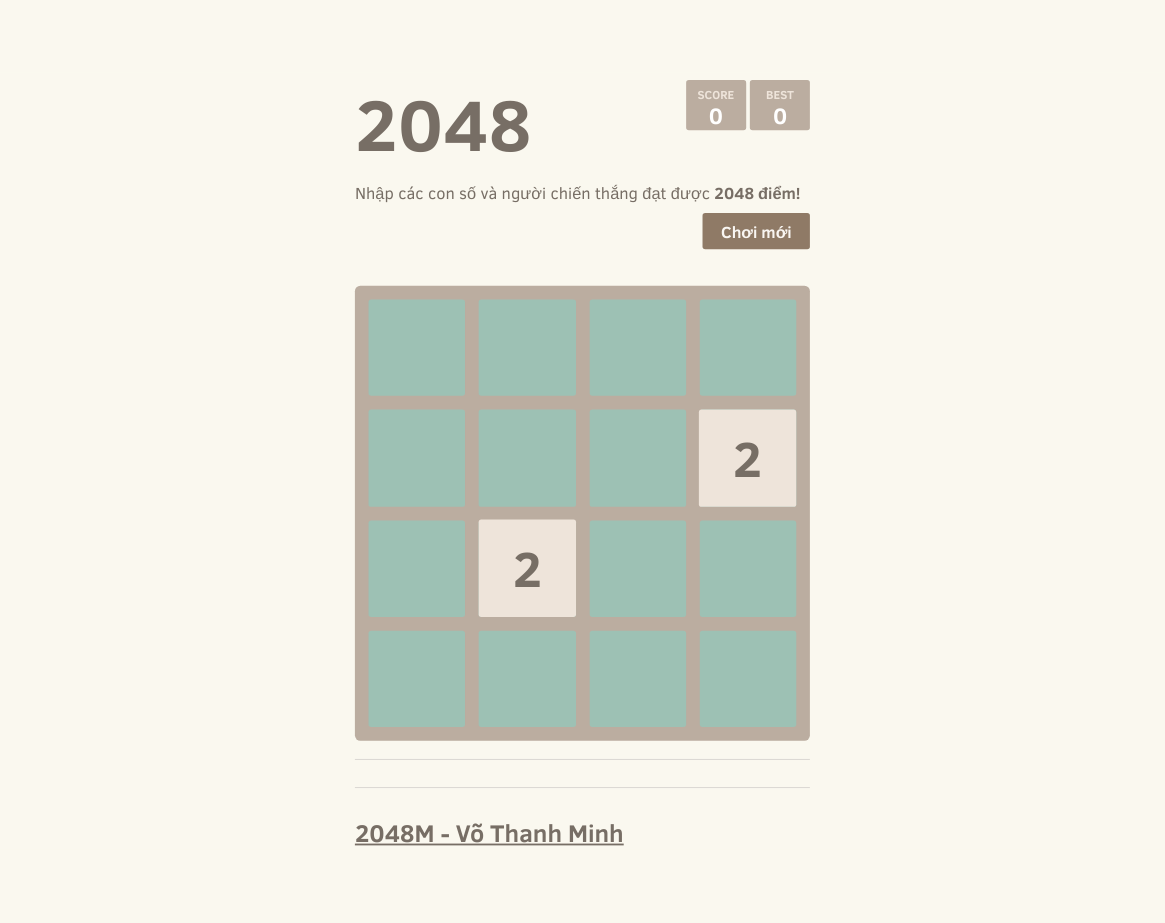
Repository: vtminhvt/w2048
Page: workspace/index.html
The author's editor kept a record of every edit. The page is drawn from the files as they stood at one moment, then again after the next edit.
The browser window is 1280 px wide. The pictures show the whole page, at 91% of full size.

Above is the page before.

### workspace/index.html
<!DOCTYPE html>
<html>
<head>
  <!-- Global site tag (gtag.js) - Google Analytics -->
<script async src="https://www.googletagmanager.com/gtag/js?id=UA-62388773-1"></script>
<script>
  window.dataLayer = window.dataLayer || [];
  function gtag(){dataLayer.push(arguments);}
  gtag('js', new Date());

  gtag('config', 'UA-62388773-1');
</script>

  <meta charset="utf-8">
  <title>2048</title>

  <link href="style/main.css" rel="stylesheet" type="text/css">
  <link rel="shortcut icon" href="favicon.ico">
  <link rel="apple-touch-icon" href="meta/apple-touch-icon.png">
  <link rel="apple-touch-startup-image" href="meta/apple-touch-startup-image-640x1096.png" media="(device-width: 320px) and (device-height: 568px) and (-webkit-device-pixel-ratio: 2)"> <!-- iPhone 5+ -->
  <link rel="apple-touch-startup-image" href="meta/apple-touch-startup-image-640x920.png"  media="(device-width: 320px) and (device-height: 480px) and (-webkit-device-pixel-ratio: 2)"> <!-- iPhone, retina -->
  <meta name="apple-mobile-web-app-capable" content="yes">
  <meta name="apple-mobile-web-app-status-bar-style" content="black">

  <meta name="HandheldFriendly" content="True">
  <meta name="MobileOptimized" content="320">
  <meta name="viewport" content="width=device-width, target-densitydpi=160dpi, initial-scale=1.0, maximum-scale=1, user-scalable=no, minimal-ui">
</head>
<body>


  <div class="container">
    <div class="heading">
      <h1 class="title">2048</h1>
      <div class="scores-container">
        <div class="score-container">0</div>
        <div class="best-container">0</div>
      </div>
    </div>

    <div class="above-game">
      <p class="game-intro">Nhập các con số và người chiến thắng đạt được <strong>2048 điểm!</strong></p>
      <a class="restart-button">Chơi mới</a>
    </div>

    <div class="game-container">
      <div class="game-message">
        <p></p>
        <div class="lower">
	        <a class="keep-playing-button">Keep going</a>
          <a class="retry-button">Thử lại</a>
        </div>
      </div>

      <div class="grid-container">
        <div class="grid-row">
          <div class="grid-cell"></div>
          <div class="grid-cell"></div>
          <div class="grid-cell"></div>
          <div class="grid-cell"></div>
        </div>
        <div class="grid-row">
          <div class="grid-cell"></div>
          <div class="grid-cell"></div>
          <div class="grid-cell"></div>
          <div class="grid-cell"></div>
        </div>
        <div class="grid-row">
          <div class="grid-cell"></div>
          <div class="grid-cell"></div>
          <div class="grid-cell"></div>
          <div class="grid-cell"></div>
        </div>
        <div class="grid-row">
          <div class="grid-cell"></div>
          <div class="grid-cell"></div>
          <div class="grid-cell"></div>
          <div class="grid-cell"></div>
        </div>
      </div>

      <div class="tile-container">

      </div>
    </div>


    <script async src="//pagead2.googlesyndication.com/pagead/js/adsbygoogle.js"></script>
<ins class="adsbygoogle"
     style="display:block; text-align:center;"
     data-ad-layout="in-article"
     data-ad-format="fluid"
     data-ad-client="ca-pub-4943142667863363"
     data-ad-slot="6610255631"></ins>
<script>
     (adsbygoogle = window.adsbygoogle || []).push({});
</script>
    <hr>
    <p>

    </p>
    <hr>
    <p>
     <a href="http://gabrielecirulli.com" target="_blank"></a>
     <a href="http://vtms.edu.vn" target="_blank"><h2>2048M - Võ Thanh Minh</h2></a>
     <a href="http://asherv.com/threes/" target="_blank"></a>
    </p>
  </div>

  <script src="js/bind_polyfill.js"></script>
  <script src="js/classlist_polyfill.js"></script>
  <script src="js/animframe_polyfill.js"></script>
  <script src="js/keyboard_input_manager.js"></script>
  <script src="js/html_actuator.js"></script>
  <script src="js/grid.js"></script>
  <script src="js/tile.js"></script>
  <script src="js/local_storage_manager.js"></script>
  <script src="js/game_manager.js"></script>
  <script src="js/application.js"></script>
  <script>var sharebutton_is_horizontal = true; document.write('<script src="//cdn.script.to/share2.js"></scr' + 'ipt>'); document.write("<div style='display: none'>");</script><a href="http://VTMS.EDU.VN">VTMS</a><script>document.write("</div>");</script>

</body>
</html>

### workspace/style/main.css
@import url(fonts/clear-sans.css);
html, body {
  margin: 0;
  padding: 0;
  background: #faf8ef;
  color: #776e65;
  font-family: "Clear Sans", "Helvetica Neue", Arial, sans-serif;
  font-size: 18px; }

body {
  margin: 80px 0; }

.heading:after {
  content: "";
  display: block;
  clear: both; }

h1.title {
  font-size: 80px;
  font-weight: bold;
  margin: 0;
  display: block;
  float: left; }

@-webkit-keyframes move-up {
  0% {
    top: 25px;
    opacity: 1; }

  100% {
    top: -50px;
    opacity: 0; } }
@-moz-keyframes move-up {
  0% {
    top: 25px;
    opacity: 1; }

  100% {
    top: -50px;
    opacity: 0; } }
@keyframes move-up {
  0% {
    top: 25px;
    opacity: 1; }

  100% {
    top: -50px;
    opacity: 0; } }
.scores-container {
  float: right;
  text-align: right; }

.score-container, .best-container {
  position: relative;
  display: inline-block;
  background: #bbada0;
  padding: 15px 25px;
  font-size: 25px;
  height: 25px;
  line-height: 47px;
  font-weight: bold;
  border-radius: 3px;
  color: white;
  margin-top: 8px;
  text-align: center; }
  .score-container:after, .best-container:after {
    position: absolute;
    width: 100%;
    top: 10px;
    left: 0;
    text-transform: uppercase;
    font-size: 13px;
    line-height: 13px;
    text-align: center;
    color: #eee4da; }
  .score-container .score-addition, .best-container .score-addition {
    position: absolute;
    right: 30px;
    color: red;
    font-size: 25px;
    line-height: 25px;
    font-weight: bold;
    color: rgba(119, 110, 101, 0.9);
    z-index: 100;
    -webkit-animation: move-up 600ms ease-in;
    -moz-animation: move-up 600ms ease-in;
    animation: move-up 600ms ease-in;
    -webkit-animation-fill-mode: both;
    -moz-animation-fill-mode: both;
    animation-fill-mode: both; }

.score-container:after {
  content: "Score"; }

.best-container:after {
  content: "Best"; }

p {
  margin-top: 0;
  margin-bottom: 10px;
  line-height: 1.65; }

a {
  color: #776e65;
  font-weight: bold;
  text-decoration: underline;
  cursor: pointer; }

strong.important {
  text-transform: uppercase; }

hr {
  border: none;
  border-bottom: 1px solid #d8d4d0;
  margin-top: 20px;
  margin-bottom: 30px; }

.container {
  width: 500px;
  margin: 0 auto; }

@-webkit-keyframes fade-in {
  0% {
    opacity: 0; }

  100% {
    opacity: 1; } }
@-moz-keyframes fade-in {
  0% {
    opacity: 0; }

  100% {
    opacity: 1; } }
@keyframes fade-in {
  0% {
    opacity: 0; }

  100% {
    opacity: 1; } }
.game-container {
  margin-top: 40px;
  position: relative;
  padding: 15px;
  cursor: default;
  -webkit-touch-callout: none;
  -ms-touch-callout: none;
  -webkit-user-select: none;
  -moz-user-select: none;
  -ms-user-select: none;
  -ms-touch-action: none;
  touch-action: none;
  background: #bbada0;
  border-radius: 6px;
  width: 500px;
  height: 500px;
  -webkit-box-sizing: border-box;
  -moz-box-sizing: border-box;
  box-sizing: border-box; }
  .game-container .game-message {
    display: none;
    position: absolute;
    top: 0;
    right: 0;
    bottom: 0;
    left: 0;
    background: rgba(238, 228, 218, 0.5);
    z-index: 100;
    text-align: center;
    -webkit-animation: fade-in 800ms ease 1200ms;
    -moz-animation: fade-in 800ms ease 1200ms;
    animation: fade-in 800ms ease 1200ms;
    -webkit-animation-fill-mode: both;
    -moz-animation-fill-mode: both;
    animation-fill-mode: both; }
    .game-container .game-message p {
      font-size: 60px;
      font-weight: bold;
      height: 60px;
      line-height: 60px;
      margin-top: 222px; }
    .game-container .game-message .lower {
      display: block;
      margin-top: 59px; }
    .game-container .game-message a {
      display: inline-block;
      background: #8f7a66;
      border-radius: 3px;
      padding: 0 20px;
      text-decoration: none;
      color: #f9f6f2;
      height: 40px;
      line-height: 42px;
      margin-left: 9px; }
      .game-container .game-message a.keep-playing-button {
        display: none; }
    .game-container .game-message.game-won {
      background: rgba(237, 194, 46, 0.5);
      color: #f9f6f2; }
      .game-container .game-message.game-won a.keep-playing-button {
        display: inline-block; }
    .game-container .game-message.game-won, .game-container .game-message.game-over {
      display: block; }

.grid-container {
  position: absolute;
  z-index: 1; }

.grid-row {
  margin-bottom: 15px; }
  .grid-row:last-child {
    margin-bottom: 0; }
  .grid-row:after {
    content: "";
    display: block;
    clear: both; }

.grid-cell {
  width: 106.25px;
  height: 106.25px;
  margin-right: 15px;
  float: left;
  border-radius: 3px;
  background: rgba(100, 228, 218, 0.35); }
  .grid-cell:last-child {
    margin-right: 0; }

.tile-container {
  position: absolute;
  z-index: 2; }

.tile, .tile .tile-inner {
  width: 107px;
  height: 107px;
  line-height: 107px; }
.tile.tile-position-1-1 {
  -webkit-transform: translate(0px, 0px);
  -moz-transform: translate(0px, 0px);
  transform: translate(0px, 0px); }
.tile.tile-position-1-2 {
  -webkit-transform: translate(0px, 121px);
  -moz-transform: translate(0px, 121px);
  transform: translate(0px, 121px); }
.tile.tile-position-1-3 {
  -webkit-transform: translate(0px, 242px);
  -moz-transform: translate(0px, 242px);
  transform: translate(0px, 242px); }
.tile.tile-position-1-4 {
  -webkit-transform: translate(0px, 363px);
  -moz-transform: translate(0px, 363px);
  transform: translate(0px, 363px); }
.tile.tile-position-2-1 {
  -webkit-transform: translate(121px, 0px);
  -moz-transform: translate(121px, 0px);
  transform: translate(121px, 0px); }
.tile.tile-position-2-2 {
  -webkit-transform: translate(121px, 121px);
  -moz-transform: translate(121px, 121px);
  transform: translate(121px, 121px); }
.tile.tile-position-2-3 {
  -webkit-transform: translate(121px, 242px);
  -moz-transform: translate(121px, 242px);
  transform: translate(121px, 242px); }
.tile.tile-position-2-4 {
  -webkit-transform: translate(121px, 363px);
  -moz-transform: translate(121px, 363px);
  transform: translate(121px, 363px); }
.tile.tile-position-3-1 {
  -webkit-transform: translate(242px, 0px);
  -moz-transform: translate(242px, 0px);
  transform: translate(242px, 0px); }
.tile.tile-position-3-2 {
  -webkit-transform: translate(242px, 121px);
  -moz-transform: translate(242px, 121px);
  transform: translate(242px, 121px); }
.tile.tile-position-3-3 {
  -webkit-transform: translate(242px, 242px);
  -moz-transform: translate(242px, 242px);
  transform: translate(242px, 242px); }
.tile.tile-position-3-4 {
  -webkit-transform: translate(242px, 363px);
  -moz-transform: translate(242px, 363px);
  transform: translate(242px, 363px); }
.tile.tile-position-4-1 {
  -webkit-transform: translate(363px, 0px);
  -moz-transform: translate(363px, 0px);
  transform: translate(363px, 0px); }
.tile.tile-position-4-2 {
  -webkit-transform: translate(363px, 121px);
  -moz-transform: translate(363px, 121px);
  transform: translate(363px, 121px); }
.tile.tile-position-4-3 {
  -webkit-transform: translate(363px, 242px);
  -moz-transform: translate(363px, 242px);
  transform: translate(363px, 242px); }
.tile.tile-position-4-4 {
  -webkit-transform: translate(363px, 363px);
  -moz-transform: translate(363px, 363px);
  transform: translate(363px, 363px); }

.tile {
  position: absolute;
  -webkit-transition: 100ms ease-in-out;
  -moz-transition: 100ms ease-in-out;
  transition: 100ms ease-in-out;
  -webkit-transition-property: -webkit-transform;
  -moz-transition-property: -moz-transform;
  transition-property: transform; }
  .tile .tile-inner {
    border-radius: 3px;
    background: #eee4da;
    text-align: center;
    font-weight: bold;
    z-index: 10;
    font-size: 55px; }
  .tile.tile-2 .tile-inner {
    background: #eee4da;
    box-shadow: 0 0 30px 10px rgba(243, 215, 116, 0), inset 0 0 0 1px rgba(255, 255, 255, 0); }
  .tile.tile-4 .tile-inner {
    background: #ede0c8;
    box-shadow: 0 0 30px 10px rgba(243, 215, 116, 0), inset 0 0 0 1px rgba(255, 255, 255, 0); }
  .tile.tile-8 .tile-inner {
    color: #f9f6f2;
    background: #f2b179; }
  .tile.tile-16 .tile-inner {
    color: #f9f6f2;
    background: #f59563; }
  .tile.tile-32 .tile-inner {
    color: #f9f6f2;
    background: #f67c5f; }
  .tile.tile-64 .tile-inner {
    color: #f9f6f2;
    background: #f65e3b; }
  .tile.tile-128 .tile-inner {
    color: #f9f6f2;
    background: #edcf72;
    box-shadow: 0 0 30px 10px rgba(243, 215, 116, 0.2381), inset 0 0 0 1px rgba(255, 255, 255, 0.14286);
    font-size: 45px; }
    @media screen and (max-width: 520px) {
      .tile.tile-128 .tile-inner {
        font-size: 25px; } }
  .tile.tile-256 .tile-inner {
    color: #f9f6f2;
    background: #edcc61;
    box-shadow: 0 0 30px 10px rgba(243, 215, 116, 0.31746), inset 0 0 0 1px rgba(255, 255, 255, 0.19048);
    font-size: 45px; }
    @media screen and (max-width: 520px) {
      .tile.tile-256 .tile-inner {
        font-size: 25px; } }
  .tile.tile-512 .tile-inner {
    color: #f9f6f2;
    background: #edc850;
    box-shadow: 0 0 30px 10px rgba(243, 215, 116, 0.39683), inset 0 0 0 1px rgba(255, 255, 255, 0.2381);
    font-size: 45px; }
    @media screen and (max-width: 520px) {
      .tile.tile-512 .tile-inner {
        font-size: 25px; } }
  .tile.tile-1024 .tile-inner {
    color: #f9f6f2;
    background: #edc53f;
    box-shadow: 0 0 30px 10px rgba(243, 215, 116, 0.47619), inset 0 0 0 1px rgba(255, 255, 255, 0.28571);
    font-size: 35px; }
    @media screen and (max-width: 520px) {
      .tile.tile-1024 .tile-inner {
        font-size: 15px; } }
  .tile.tile-2048 .tile-inner {
    color: #f9f6f2;
    background: #edc22e;
    box-shadow: 0 0 30px 10px rgba(243, 215, 116, 0.55556), inset 0 0 0 1px rgba(255, 255, 255, 0.33333);
    font-size: 35px; }
    @media screen and (max-width: 520px) {
      .tile.tile-2048 .tile-inner {
        font-size: 15px; } }
  .tile.tile-super .tile-inner {
    color: #f9f6f2;
    background: #3c3a32;
    font-size: 30px; }
    @media screen and (max-width: 520px) {
      .tile.tile-super .tile-inner {
        font-size: 10px; } }

@-webkit-keyframes appear {
  0% {
    opacity: 0;
    -webkit-transform: scale(0);
    -moz-transform: scale(0);
    transform: scale(0); }

  100% {
    opacity: 1;
    -webkit-transform: scale(1);
    -moz-transform: scale(1);
    transform: scale(1); } }
@-moz-keyframes appear {
  0% {
    opacity: 0;
    -webkit-transform: scale(0);
    -moz-transform: scale(0);
    transform: scale(0); }

  100% {
    opacity: 1;
    -webkit-transform: scale(1);
    -moz-transform: scale(1);
    transform: scale(1); } }
@keyframes appear {
  0% {
    opacity: 0;
    -webkit-transform: scale(0);
    -moz-transform: scale(0);
    transform: scale(0); }

  100% {
    opacity: 1;
    -webkit-transform: scale(1);
    -moz-transform: scale(1);
    transform: scale(1); } }
.tile-new .tile-inner {
  -webkit-animation: appear 200ms ease 100ms;
  -moz-animation: appear 200ms ease 100ms;
  animation: appear 200ms ease 100ms;
  -webkit-animation-fill-mode: backwards;
  -moz-animation-fill-mode: backwards;
  animation-fill-mode: backwards; }

@-webkit-keyframes pop {
  0% {
    -webkit-transform: scale(0);
    -moz-transform: scale(0);
    transform: scale(0); }

  50% {
    -webkit-transform: scale(1.2);
    -moz-transform: scale(1.2);
    transform: scale(1.2); }

  100% {
    -webkit-transform: scale(1);
    -moz-transform: scale(1);
    transform: scale(1); } }
@-moz-keyframes pop {
  0% {
    -webkit-transform: scale(0);
    -moz-transform: scale(0);
    transform: scale(0); }

  50% {
    -webkit-transform: scale(1.2);
    -moz-transform: scale(1.2);
    transform: scale(1.2); }

  100% {
    -webkit-transform: scale(1);
    -moz-transform: scale(1);
    transform: scale(1); } }
@keyframes pop {
  0% {
    -webkit-transform: scale(0);
    -moz-transform: scale(0);
    transform: scale(0); }

  50% {
    -webkit-transform: scale(1.2);
    -moz-transform: scale(1.2);
    transform: scale(1.2); }

  100% {
    -webkit-transform: scale(1);
    -moz-transform: scale(1);
    transform: scale(1); } }
.tile-merged .tile-inner {
  z-index: 20;
  -webkit-animation: pop 200ms ease 100ms;
  -moz-animation: pop 200ms ease 100ms;
  animation: pop 200ms ease 100ms;
  -webkit-animation-fill-mode: backwards;
  -moz-animation-fill-mode: backwards;
  animation-fill-mode: backwards; }

.above-game:after {
  content: "";
  display: block;
  clear: both; }

.game-intro {
  float: left;
  line-height: 42px;
  margin-bottom: 0; }

.restart-button {
  display: inline-block;
  background: #8f7a66;
  border-radius: 3px;
  padding: 0 20px;
  text-decoration: none;
  color: #f9f6f2;
  height: 40px;
  line-height: 42px;
  display: block;
  text-align: center;
  float: right; }

.game-explanation {
  margin-top: 50px; }

@media screen and (max-width: 520px) {
  html, body {
    font-size: 15px; }

  body {
    margin: 20px 0;
    padding: 0 20px; }

  h1.title {
    font-size: 27px;
    margin-top: 15px; }

  .container {
    width: 280px;
    margin: 0 auto; }

  .score-container, .best-container {
    margin-top: 0;
    padding: 15px 10px;
    min-width: 40px; }

  .heading {
    margin-bottom: 10px; }

  .game-intro {
    width: 55%;
    display: block;
    box-sizing: border-box;
    line-height: 1.65; }

  .restart-button {
    width: 42%;
    padding: 0;
    display: block;
    box-sizing: border-box;
    margin-top: 2px; }

  .game-container {
    margin-top: 17px;
    position: relative;
    padding: 10px;
    cursor: default;
    -webkit-touch-callout: none;
    -ms-touch-callout: none;
    -webkit-user-select: none;
    -moz-user-select: none;
    -ms-user-select: none;
    -ms-touch-action: none;
    touch-action: none;
    background: #bbada0;
    border-radius: 6px;
    width: 280px;
    height: 280px;
    -webkit-box-sizing: border-box;
    -moz-box-sizing: border-box;
    box-sizing: border-box; }
    .game-container .game-message {
      display: none;
      position: absolute;
      top: 0;
      right: 0;
      bottom: 0;
      left: 0;
      background: rgba(238, 228, 218, 0.5);
      z-index: 100;
      text-align: center;
      -webkit-animation: fade-in 800ms ease 1200ms;
      -moz-animation: fade-in 800ms ease 1200ms;
      animation: fade-in 800ms ease 1200ms;
      -webkit-animation-fill-mode: both;
      -moz-animation-fill-mode: both;
      animation-fill-mode: both; }
      .game-container .game-message p {
        font-size: 60px;
        font-weight: bold;
        height: 60px;
        line-height: 60px;
        margin-top: 222px; }
      .game-container .game-message .lower {
        display: block;
        margin-top: 59px; }
      .game-container .game-message a {
        display: inline-block;
        background: #8f7a66;
        border-radius: 3px;
        padding: 0 20px;
        text-decoration: none;
        color: #f9f6f2;
        height: 40px;
        line-height: 42px;
        margin-left: 9px; }
        .game-container .game-message a.keep-playing-button {
          display: none; }
      .game-container .game-message.game-won {
        background: rgba(237, 194, 46, 0.5);
        color: #f9f6f2; }
        .game-container .game-message.game-won a.keep-playing-button {
          display: inline-block; }
      .game-container .game-message.game-won, .game-container .game-message.game-over {
        display: block; }

  .grid-container {
    position: absolute;
    z-index: 1; }

  .grid-row {
    margin-bottom: 10px; }
    .grid-row:last-child {
      margin-bottom: 0; }
    .grid-row:after {
      content: "";
      display: block;
      clear: both; }

  .grid-cell {
    width: 57.5px;
    height: 57.5px;
    margin-right: 10px;
    float: left;
    border-radius: 3px;
    background: rgba(238, 228, 218, 0.35); }
    .grid-cell:last-child {
      margin-right: 0; }

  .tile-container {
    position: absolute;
    z-index: 2; }

  .tile, .tile .tile-inner {
    width: 58px;
    height: 58px;
    line-height: 58px; }
  .tile.tile-position-1-1 {
    -webkit-transform: translate(0px, 0px);
    -moz-transform: translate(0px, 0px);
    transform: translate(0px, 0px); }
  .tile.tile-position-1-2 {
    -webkit-transform: translate(0px, 67px);
    -moz-transform: translate(0px, 67px);
    transform: translate(0px, 67px); }
  .tile.tile-position-1-3 {
    -webkit-transform: translate(0px, 135px);
    -moz-transform: translate(0px, 135px);
    transform: translate(0px, 135px); }
  .tile.tile-position-1-4 {
    -webkit-transform: translate(0px, 202px);
    -moz-transform: translate(0px, 202px);
    transform: translate(0px, 202px); }
  .tile.tile-position-2-1 {
    -webkit-transform: translate(67px, 0px);
    -moz-transform: translate(67px, 0px);
    transform: translate(67px, 0px); }
  .tile.tile-position-2-2 {
    -webkit-transform: translate(67px, 67px);
    -moz-transform: translate(67px, 67px);
    transform: translate(67px, 67px); }
  .tile.tile-position-2-3 {
    -webkit-transform: translate(67px, 135px);
    -moz-transform: translate(67px, 135px);
    transform: translate(67px, 135px); }
  .tile.tile-position-2-4 {
    -webkit-transform: translate(67px, 202px);
    -moz-transform: translate(67px, 202px);
    transform: translate(67px, 202px); }
  .tile.tile-position-3-1 {
    -webkit-transform: translate(135px, 0px);
    -moz-transform: translate(135px, 0px);
    transform: translate(135px, 0px); }
  .tile.tile-position-3-2 {
    -webkit-transform: translate(135px, 67px);
    -moz-transform: translate(135px, 67px);
    transform: translate(135px, 67px); }
  .tile.tile-position-3-3 {
    -webkit-transform: translate(135px, 135px);
    -moz-transform: translate(135px, 135px);
    transform: translate(135px, 135px); }
  .tile.tile-position-3-4 {
    -webkit-transform: translate(135px, 202px);
    -moz-transform: translate(135px, 202px);
    transform: translate(135px, 202px); }
  .tile.tile-position-4-1 {
    -webkit-transform: translate(202px, 0px);
    -moz-transform: translate(202px, 0px);
    transform: translate(202px, 0px); }
  .tile.tile-position-4-2 {
    -webkit-transform: translate(202px, 67px);
    -moz-transform: translate(202px, 67px);
    transform: translate(202px, 67px); }
  .tile.tile-position-4-3 {
    -webkit-transform: translate(202px, 135px);
    -moz-transform: translate(202px, 135px);
    transform: translate(202px, 135px); }
  .tile.tile-position-4-4 {
    -webkit-transform: translate(202px, 202px);
    -moz-transform: translate(202px, 202px);
    transform: translate(202px, 202px); }

  .tile .tile-inner {
    font-size: 35px; }

  .game-message p {
    font-size: 30px !important;
    height: 30px !important;
    line-height: 30px !important;
    margin-top: 90px !important; }
  .game-message .lower {
    margin-top: 30px !important; } }

Loaded but not shown: workspace/js/bind_polyfill.js (common file); workspace/js/tile.js (common file); workspace/js/application.js (common file); workspace/style/fonts/clear-sans.css (common file); workspace/js/game_manager.js (272 lines, source omitted); workspace/js/html_actuator.js (139 lines, source omitted); workspace/js/keyboard_input_manager.js (144 lines, source omitted); workspace/js/grid.js (117 lines, source omitted); workspace/js/classlist_polyfill.js (71 lines, source omitted); workspace/js/local_storage_manager.js (63 lines, source omitted); workspace/js/animframe_polyfill.js (28 lines, source omitted)

After the next edit:
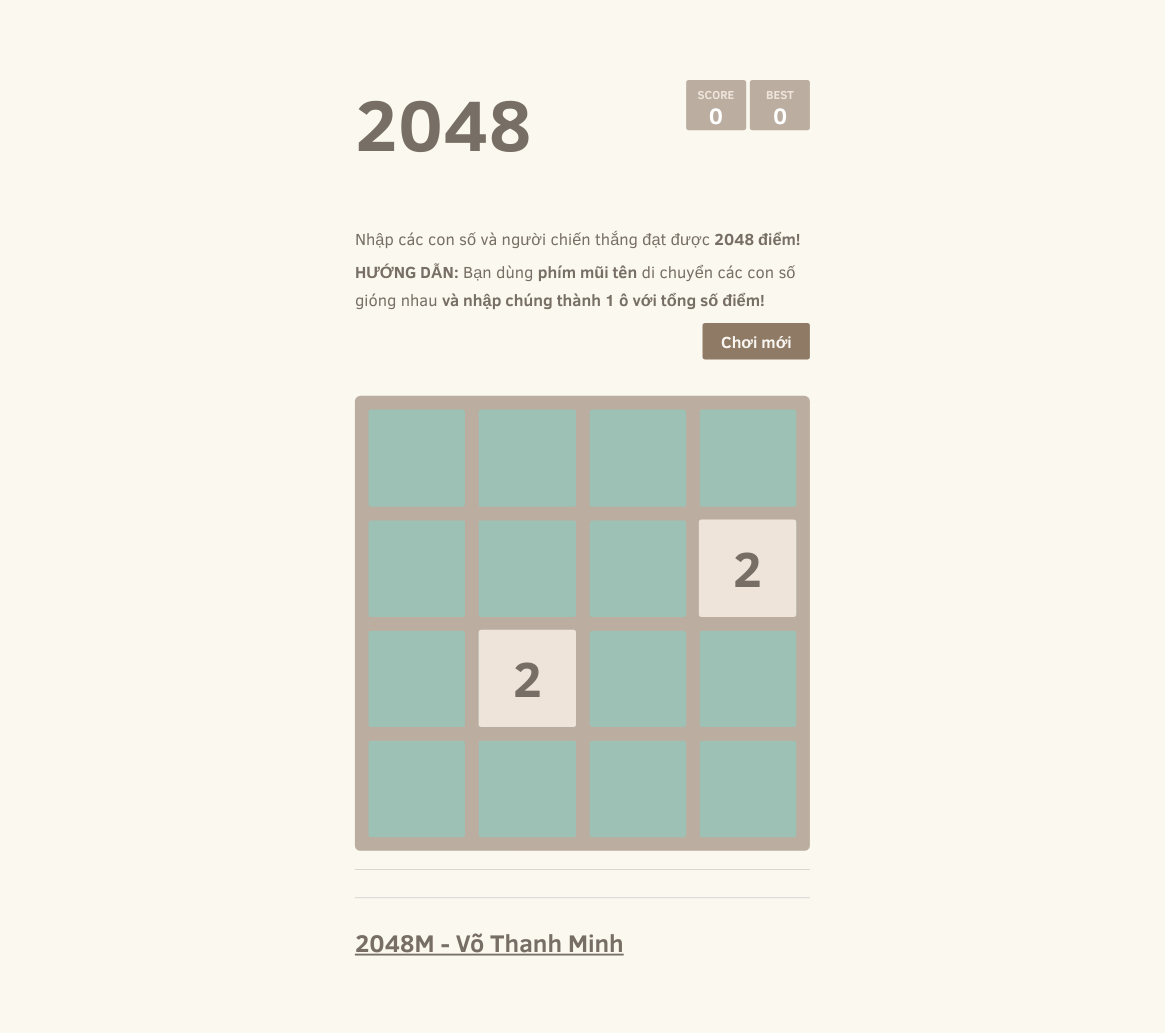
The edit:
--- a/workspace/index.html
+++ b/workspace/index.html
@@ -40,6 +40,9 @@
 
     <div class="above-game">
       <p class="game-intro">Nhập các con số và người chiến thắng đạt được <strong>2048 điểm!</strong></p>
+      <p class="game-explanation">
+      <strong class="important">Hướng dẫn:</strong> Bạn dùng <strong>phím mũi tên</strong> di chuyển các con số gióng nhau  <strong>và nhập chúng thành 1 ô với tổng số điểm!</strong>
+    </p>
       <a class="restart-button">Chơi mới</a>
     </div>
 
